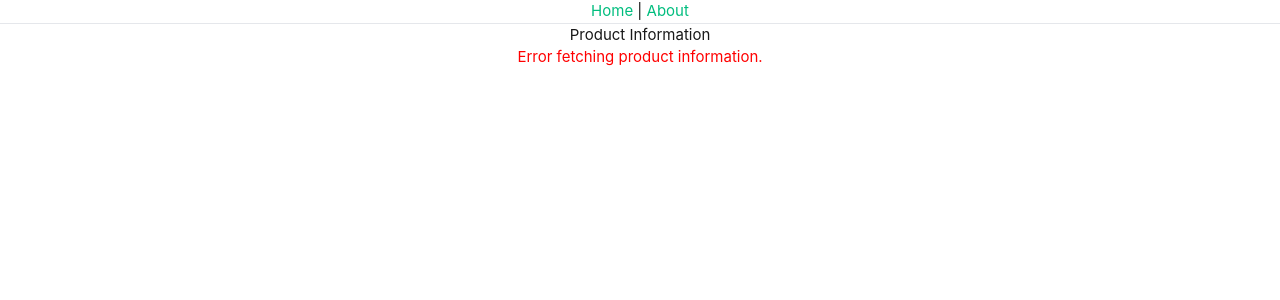
Repository: loktioncode/vectra-shop
Page: /
The author's editor kept a copy of each file at every save. The page is drawn from the files as they stood at one save, then again after the next save.
The browser window is 1280 px wide. The pictures show the whole page.
The page's requests for data from a server got no answer. The project was rebuilt for these pictures with package versions that can differ from the ones it lists, and the page was loaded fresh each time. No one was signed in, and anything a server would have sent is missing. Also part of the build but not shown: vite.config.ts.

Above is the page before, as saved 2023-09-20 14:55:10.

### src/assets/main.css
@import './base.css';
@tailwind base;
@tailwind components;
@tailwind utilities;

a,
.green {
  text-decoration: none;
  color: hsla(160, 100%, 37%, 1);
  transition: 0.4s;
}

@media (hover: hover) {
  a:hover {
    background-color: hsla(160, 100%, 37%, 0.2);
  }
}

### src/App.vue
<!-- <script setup lang="ts">
import { RouterLink, RouterView } from 'vue-router'
import HelloWorld from './components/HelloWorld.vue'
</script> -->

<template>
  <div class="app">
    <header>
      <nav>
        <RouterLink to="/">Home</RouterLink> |
        <RouterLink to="/about">About</RouterLink>
      </nav>

    </header>
    <RouterView />

  </div>
</template>

<style >
.app {
  text-align: center;
}
</style>

### src/assets/base.css
/* color palette from <https://github.com/vuejs/theme> */
:root {
  --vt-c-white: #ffffff;
  --vt-c-white-soft: #f8f8f8;
  --vt-c-white-mute: #f2f2f2;

  --vt-c-black: #181818;
  --vt-c-black-soft: #222222;
  --vt-c-black-mute: #282828;

  --vt-c-indigo: #2c3e50;

  --vt-c-divider-light-1: rgba(60, 60, 60, 0.29);
  --vt-c-divider-light-2: rgba(60, 60, 60, 0.12);
  --vt-c-divider-dark-1: rgba(84, 84, 84, 0.65);
  --vt-c-divider-dark-2: rgba(84, 84, 84, 0.48);

  --vt-c-text-light-1: var(--vt-c-indigo);
  --vt-c-text-light-2: rgba(60, 60, 60, 0.66);
  --vt-c-text-dark-1: var(--vt-c-white);
  --vt-c-text-dark-2: rgba(235, 235, 235, 0.64);
}

/* semantic color variables for this project */
:root {
  --color-background: var(--vt-c-white);
  --color-background-soft: var(--vt-c-white-soft);
  --color-background-mute: var(--vt-c-white-mute);

  --color-border: var(--vt-c-divider-light-2);
  --color-border-hover: var(--vt-c-divider-light-1);

  --color-heading: var(--vt-c-text-light-1);
  --color-text: var(--vt-c-black);

  --section-gap: 160px;
}

@media (prefers-color-scheme: dark) {
  :root {
    --color-background: var(--vt-c-black);
    --color-background-soft: var(--vt-c-black-soft);
    --color-background-mute: var(--vt-c-black-mute);

    --color-border: var(--vt-c-divider-dark-2);
    --color-border-hover: var(--vt-c-divider-dark-1);

    --color-heading: var(--vt-c-text-dark-1);
    --color-text: var(--vt-c-black);
  }
}

*,
*::before,
*::after {
  box-sizing: border-box;
  margin: 0;
  font-weight: normal;
}

body {
  min-height: 100vh;
  color: var(--color-text);

  background: var(--vt-c-white);

  transition:
    color 0.5s,
    background-color 0.5s;
  line-height: 1.6;
  font-family:
    Inter,
    -apple-system,
    BlinkMacSystemFont,
    'Segoe UI',
    Roboto,
    Oxygen,
    Ubuntu,
    Cantarell,
    'Fira Sans',
    'Droid Sans',
    'Helvetica Neue',
    sans-serif;
  font-size: 15px;
  text-rendering: optimizeLegibility;
  -webkit-font-smoothing: antialiased;
  -moz-osx-font-smoothing: grayscale;
}

### src/views/HomeView.vue


<template>
  <!-- <div class="home">
    <Counter />
    <div class="buttons">
      <button @click="storeCounter.decreaseCount">-</button>
      <button @click="storeCounter.increaseCount">+</button>
    </div>
    <hr>
    <div>
      this counter is : {{ storeCounter.oddOrEven }}
    </div>
    <hr>
    <div>
      <h3>Edit Counter:</h3>
      <input v-model="storeCounter.count" type="number" name="count" id="count">
    </div>
  </div> -->
  <hr>
  <div>
    <Products />
  </div>

</template>



<script setup lang="ts">
import Counter from '@/components/Counter.vue'
import Products from '@/components/Products.vue'

import { useCounterStore } from '@/stores/counter'

const storeCounter = useCounterStore();


</script>

<style>
@media (min-width: 1024px) {
  .home {
    min-height: 100vh;
    align-items: center;
  }



  .buttons button {
    font-size: 40px;
    margin: 20px;
    width: 50px;
    height: 50px;
  }
}
</style>

### src/components/Products.vue
<template>
    <div>
      <h1>Product Information</h1>
      <div v-if="productStore.loading">Loading...</div>
      <div v-else>
        <div v-if="productStore.error" class="error-message">{{ productStore.error }}</div>
        <div v-else>
          <div v-for="product in productStore.products" :key="product.id">
            <h1>{{ product.title }}</h1>
            <p>{{ product.description }}</p>
            <p>Price: ${{ product.price }}</p>
          </div>
        </div>
      </div>
    </div>
  </template>

  <script setup lang="ts">
  import { onMounted } from 'vue';
  import { useProductStore } from '@/stores/productStore';

  const productStore = useProductStore();

  async function fetchProductInfo() {
    const apiUrl = 'https://fakestoreapi.com/products'; // Replace with your actual API endpoint
    await productStore.fetchProductInfo(apiUrl);
  }

  onMounted(() => fetchProductInfo());
  </script>

  <style scoped>
  .error-message {
    color: red;
  }
  </style>

### src/stores/counter.ts
import { computed } from 'vue'
import { defineStore } from 'pinia'

export const useCounterStore = defineStore({
  id: 'counter',
  state: () => ({
    count: 0,
    name: '张三',
    username: 'zhangsan'
  }),
  actions: {
    increaseCount() {
      this.count++;
    },
    decreaseCount() {
      this.count--;
    }
  },
  getters: {
    oddOrEven: (state) => {
      if (state.count % 2 === 0) {
        return 'even'
      } else {
        return 'odd'
      }
    }

  }
})

### src/stores/productStore.ts
import { defineStore } from 'pinia';

interface Product {
    id: string;
    title: string;
    description: string;
    price: number;
}

export const useProductStore = defineStore({
    id: 'products',
    state: () => ({
        products: [] as Product[],
        loading: false,
        error: null as string | null,
    }),
    actions: {
        async fetchProductInfo(apiUrl: string) {
            try {
                this.loading = true;
                const response = await fetch(apiUrl);

                if (!response.ok) {
                    throw new Error('Network response was not ok');
                }

                this.products = await response.json();
                this.error = null;
            } catch (error) {
                this.error = 'Error fetching product information.';
                console.error(error);
            } finally {
                this.loading = false;
            }
        },
    },
    getters: {


    }
})

### tailwind.config.js
/** @type {import('tailwindcss').Config} */
module.exports = {
  content: [
    "./index.html",
    "./src/**/*.{vue,js,jsx,ts,tsx}",
  ],
  theme: {
    extend: {},
  },
  plugins: [],
}

Loaded but not shown: index.html (common file); src/main.ts (common file); src/router/index.ts (common file)

After the next save:
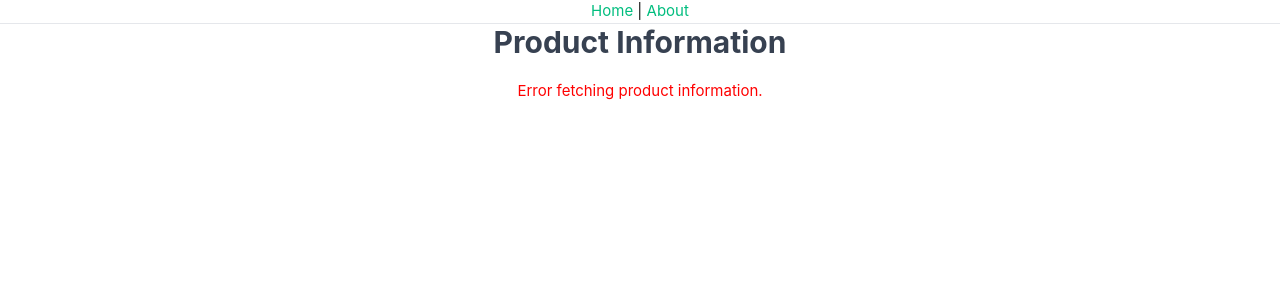
Saved 50 s later.
--- a/src/components/Products.vue
+++ b/src/components/Products.vue
@@ -1,6 +1,6 @@
 <template>
     <div>
-      <h1>Product Information</h1>
+      <h1 class="text-3xl text-gray-700 font-bold mb-5">Product Information</h1>
       <div v-if="productStore.loading">Loading...</div>
       <div v-else>
         <div v-if="productStore.error" class="error-message">{{ productStore.error }}</div>
